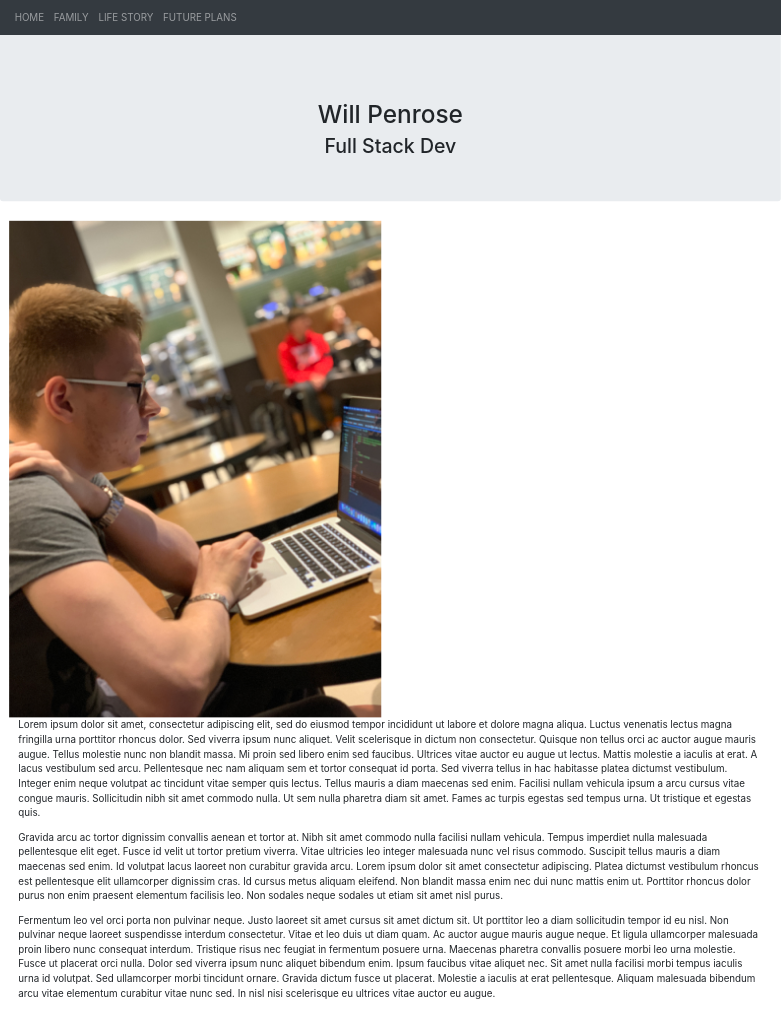
Repository: Code-Institute-Submissions/user-centric-frontend-dev-milestone-project
Page: index.html
The author's editor kept a record of every edit. The page is drawn from the files as they stood at one moment, then again after the next edit.
The browser window is 1280 px wide. The pictures show the whole page, at 61% of full size.

Above is the page before.

### index.html
<!DOCTYPE html>
<html lang="en">

<head>
    <meta charset="UTF-8">
    <meta name="viewport" content="width=device-width, initial-scale=1.0">
    <meta http-equiv="X-UA-Compatible" content="ie=edge">
    <link rel="stylesheet" href="assets/css/style.css" type="text/css" />
    <link rel="stylesheet" href="https://stackpath.bootstrapcdn.com/font-awesome/4.7.0/css/font-awesome.min.css" type="text/css" />
    <link rel="stylesheet" href="https://stackpath.bootstrapcdn.com/bootstrap/4.3.1/css/bootstrap.min.css" type="text/css" />
    <title>Will Penrose Autobiography</title>
</head>

<body>
    <header>
        <!--------------------------------------NAVBAR----------------------------->

        <nav class="navbar navbar-expand-sm bg-dark navbar-dark fixed-top text-uppercase">
            <button class="navbar-toggler" data-toggle="collapse" data-target="#collapse_target">
                <span class="navbar-toggler-icon"></span>
            </button>
            <div class="collapse navbar-collapse" id="collapse_target">
                <ul class="navbar-nav">
                    <li class="nav-item">
                        <a class="nav-link" href="#">Home</a>
                    </li>
                    <li class="nav-item">
                        <a class="nav-link" href="#">Family</a>
                    </li>
                    <li class="nav-item">
                        <a class="nav-link" href="#">Life Story</a>
                    </li>
                    <li class="nav-item">
                        <a class="nav-link" href="#">Future Plans</a>
                    </li>
                </ul>
            </div>
        </nav>
        <!--------------------------------------JUMBOTRON----------------------------->
        <div class="container-fluid">
            <div class="row jumbotron">
                <div class="col-12 heading">
                    <h1 class="name">Will Penrose</h1>
                    <h2 class="title">Full Stack Dev</h2>
                </div>
            </div>
        </div>
    </header>

    <!--------------------------------------MAIN IMAGE AND PARAGRAPHS----------------------------->

    <section>
        <div class="container-fluid">
            <div class="row">
                <div class="col-sm-12 col-md-12 col-lg-6">
                    <img src="assets/images/will.jpg" class="image"></img>
                </div>
            </div>
            <div class="col-sm-12 col-md-12home-paragraphs">
                <p>
                    Lorem ipsum dolor sit amet, consectetur adipiscing elit, sed do eiusmod tempor incididunt ut labore et dolore magna aliqua. Luctus venenatis lectus magna fringilla urna porttitor rhoncus dolor. Sed viverra ipsum nunc aliquet. Velit scelerisque in dictum
                    non consectetur. Quisque non tellus orci ac auctor augue mauris augue. Tellus molestie nunc non blandit massa. Mi proin sed libero enim sed faucibus. Ultrices vitae auctor eu augue ut lectus. Mattis molestie a iaculis at erat. A lacus
                    vestibulum sed arcu. Pellentesque nec nam aliquam sem et tortor consequat id porta. Sed viverra tellus in hac habitasse platea dictumst vestibulum. Integer enim neque volutpat ac tincidunt vitae semper quis lectus. Tellus mauris a
                    diam maecenas sed enim. Facilisi nullam vehicula ipsum a arcu cursus vitae congue mauris. Sollicitudin nibh sit amet commodo nulla. Ut sem nulla pharetra diam sit amet. Fames ac turpis egestas sed tempus urna. Ut tristique et egestas
                    quis.
                </p>
                <p>
                    Gravida arcu ac tortor dignissim convallis aenean et tortor at. Nibh sit amet commodo nulla facilisi nullam vehicula. Tempus imperdiet nulla malesuada pellentesque elit eget. Fusce id velit ut tortor pretium viverra. Vitae ultricies leo integer malesuada
                    nunc vel risus commodo. Suscipit tellus mauris a diam maecenas sed enim. Id volutpat lacus laoreet non curabitur gravida arcu. Lorem ipsum dolor sit amet consectetur adipiscing. Platea dictumst vestibulum rhoncus est pellentesque elit
                    ullamcorper dignissim cras. Id cursus metus aliquam eleifend. Non blandit massa enim nec dui nunc mattis enim ut. Porttitor rhoncus dolor purus non enim praesent elementum facilisis leo. Non sodales neque sodales ut etiam sit amet
                    nisl purus.
                </p>
                <p>
                    Fermentum leo vel orci porta non pulvinar neque. Justo laoreet sit amet cursus sit amet dictum sit. Ut porttitor leo a diam sollicitudin tempor id eu nisl. Non pulvinar neque laoreet suspendisse interdum consectetur. Vitae et leo duis ut diam quam. Ac
                    auctor augue mauris augue neque. Et ligula ullamcorper malesuada proin libero nunc consequat interdum. Tristique risus nec feugiat in fermentum posuere urna. Maecenas pharetra convallis posuere morbi leo urna molestie. Fusce ut placerat
                    orci nulla. Dolor sed viverra ipsum nunc aliquet bibendum enim. Ipsum faucibus vitae aliquet nec. Sit amet nulla facilisi morbi tempus iaculis urna id volutpat. Sed ullamcorper morbi tincidunt ornare. Gravida dictum fusce ut placerat.
                    Molestie a iaculis at erat pellentesque. Aliquam malesuada bibendum arcu vitae elementum curabitur vitae nunc sed. In nisl nisi scelerisque eu ultrices vitae auctor eu augue.
                </p>
            </div>
        </div>
    </section>

    <footer>

    </footer>
</body>

</html>

### assets/css/style.css

/*---------------------------Heading*/
.heading {
    text-align: center;
    margin: 0;
    padding-top: 100px;
}

img {
    width: 100%;
    height: 100%;
}

/*----------------------Text*/

.home-paragraphs {
    position: absolute;
    padding-top: 20px
}

@media (max-width: 768px) {
    .home-paragraphs {
        padding-top: 20px;
    }
}

After the next edit:
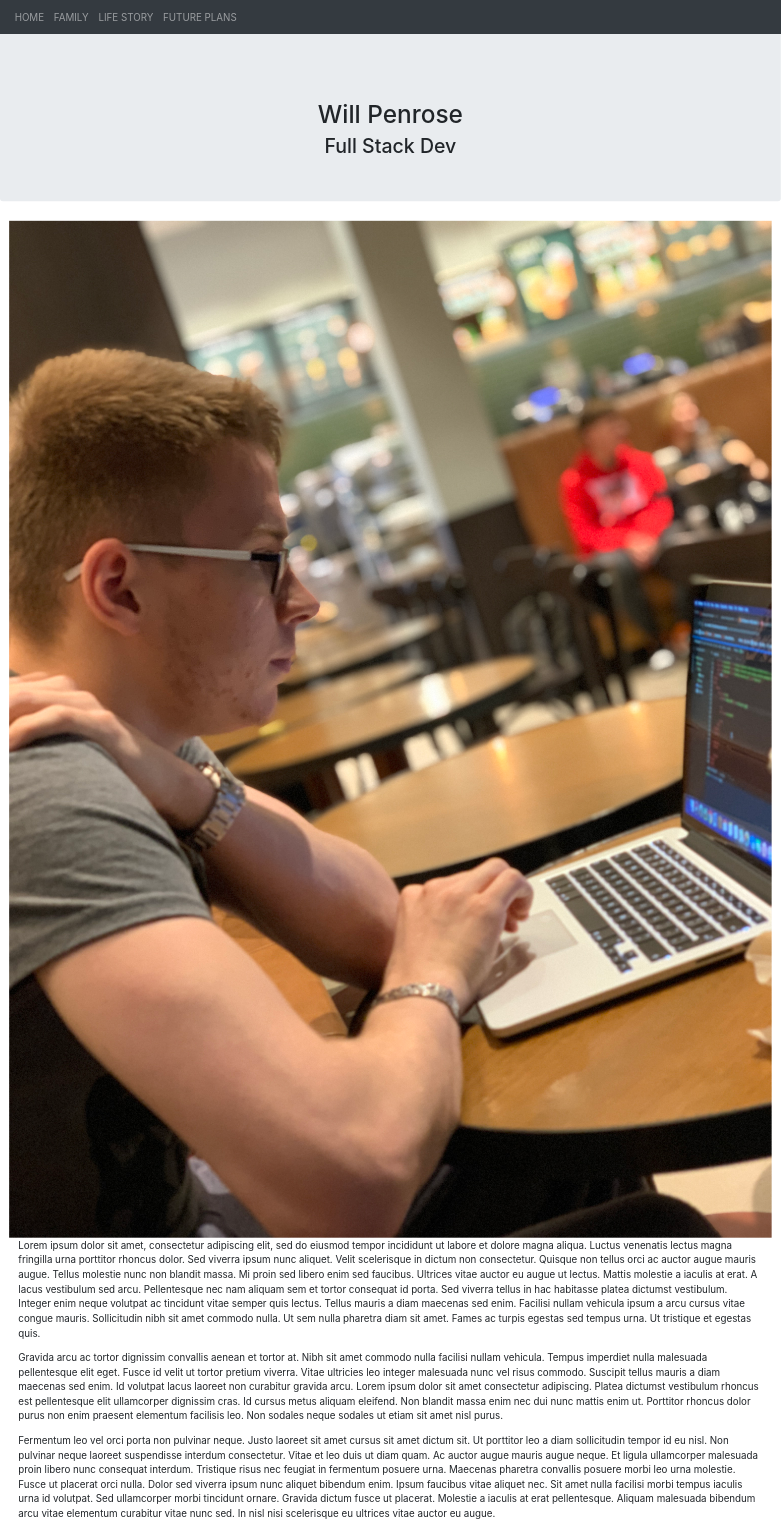
The edit:
--- a/index.html
+++ b/index.html
@@ -52,7 +52,7 @@
     <section>
         <div class="container-fluid">
             <div class="row">
-                <div class="col-sm-12 col-md-12 col-lg-6">
+                <div class="col-sm-12 col-md-12">
                     <img src="assets/images/will.jpg" class="image"></img>
                 </div>
             </div>
